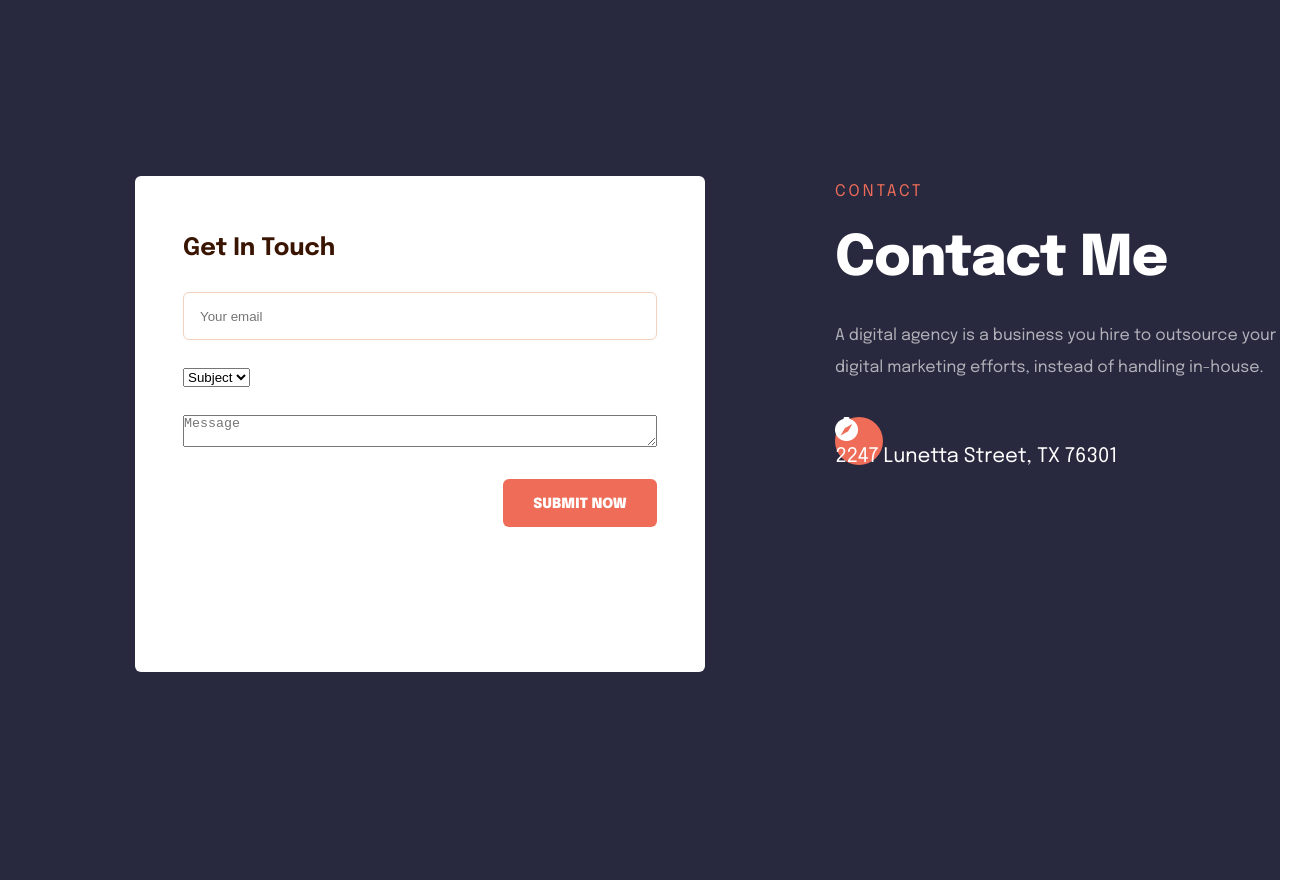
Repository: simralgasimov/contact-me
Page: index.html
These files come from the project's save history. The page is drawn as it stood at one moment and after the next save; the edit follows.
The browser window is 1280 px wide. The page is 1305 px wide, so the pictures cover 1305 px, including what lies to the right of the window. The pictures show the whole page.

Above is the page before, as saved 2023-10-04 13:27:58.

### index.html
<!DOCTYPE html>
<html lang="en">
  <head>
    <meta charset="UTF-8" />
    <meta name="viewport" content="width=device-width, initial-scale=1.0" />
    <title>Document</title>
    <link rel="stylesheet" href="./index.css" />
  </head>
  <body>
    <div class="container">
        <form action="">
          <p>Get In Touch</p>
          <label for="">
            <input type="email" placeholder="Your email" />
          </label>

          <label for="subject">
            <select name="" id="subject">
              <option value="subject">Subject</option>
              <option value="subject">Subject</option>
              <option value="subject">Subject</option>
            </select>
          </label>

          <label for="">
            <textarea name=""  placeholder="Message" id=""></textarea>
            <!-- <input type="textarea" name="" id="" /> -->
          </label>
          <button><a href="">Submit Now</a></button>
        </form>


      <div class="contact-me">
        <h1>Contact</h1>
        <h2>Contact Me</h2>
        <p>
          A digital agency is a business you hire to outsource your digital
          marketing efforts, instead of handling in-house.
        </p>
        <div class="cirycle">
          <img src="./img/Shape.png" alt="" />
          <p>2247 Lunetta Street, TX 76301</p>
        </div>
      </div>
    </div>
  </body>
</html>

### index.css
@import url("https://fonts.googleapis.com/css2?family=Epilogue:wght@400;700;800;900&display=swap");
* {
  margin: 0;
  padding: 0;
  box-sizing: border-box;
}

.container {
  padding: 176px 135px 208px 135px;
  background: #28293e;
  display: flex;
  /* justify-content: space-between; */
}

.container p {
  margin-bottom: 27px;
  color: var(--Text_Dark, #391400);
  font-feature-settings: "clig" off, "liga" off;

  font-family: Epilogue;
  font-size: 24px;
  font-style: normal;
  font-weight: 700;
  line-height: 32px;
}

.container form {
  width: 570px;
  height: 496px;
  margin-right: 130px;
  border-radius: 6px;
  background: #fff;
}

.container input {
  padding: 16px;
  border-radius: 6px;
  border: 1px solid #f3d1bf;
  background: #fff;
}

.container form label {
  display: block;
  margin-bottom: 28px;
}
.container  form {
  padding: 57px 48px 48px 48px;
}
.container input,
.container textarea,
.container input
{
  width: 100%;
}
.container  form [type="email"] {
  width: 474px;
  height: 48px;
}

/* .container  form [id="subject"] {
  width: 474px;
  height: 48px;
}

.container  form [type="textarea"] {
  width: 474px;
  height: 135px;
} */

.container form button {
  width: 154px;
  height: 48px;
  border-radius: 6px;
  background: #ef6d58;
  border: none;
  float: right;
}

.container form button a {
  text-decoration: none;
  color: #fff;
  text-align: center;
  font-family: Epilogue;
  font-size: 14px;
  font-style: normal;
  font-weight: 900;
  line-height: normal;
  text-transform: uppercase;
}

.container .contact-me h1 {
  margin-bottom: 20px;
  width: 86px;
  color: var(--Text_Light_Accent, #ef6d58);
  font-feature-settings: "clig" off, "liga" off;
  font-family: Epilogue;
  font-size: 16px;
  font-style: normal;
  font-weight: 400;
  line-height: 32px;
  letter-spacing: 3px;
  text-transform: uppercase;
}

.container .contact-me h2 {
  margin-bottom: 28px;
  width: 334px;
  color: var(--Text_Light, #fff);
  font-feature-settings: "clig" off, "liga" off;
  font-family: Epilogue;
  font-size: 56px;
  font-style: normal;
  font-weight: 800;
  line-height: 64px;
  letter-spacing: -1px;
}

.container .contact-me p {
  margin-bottom: 33px;
  width: 470px;
  color: var(--Text_Light_Gray, rgba(255, 255, 255, 0.64));
  font-feature-settings: "clig" off, "liga" off;

  font-family: Epilogue;
  font-size: 16px;
  font-style: normal;
  font-weight: 400;
  line-height: 32px;
}

.container .contact-me .cirycle {
  /* position: relative; */
  width: 48px;
  height: 48px;
  background-color: #ef6d58;
  border-radius: 50%;
}

.container .contact-me .cirycle img {
  /* position: absolute; */
  /* margin: 13px; */

  display: flex;
  justify-content: center;
  align-content: center;
}

.container .contact-me .cirycle p {
  display: flex;
  justify-content: center;
  align-items: center;
  align-content: center;
  /* margin-left: 90px; */
  width: 283px;
  color: var(--Text_Light, #fff);
  font-feature-settings: "clig" off, "liga" off;

  font-family: Epilogue;
  font-size: 20px;
  font-style: normal;
  font-weight: 400;
  line-height: 32px;
}

After the next save:
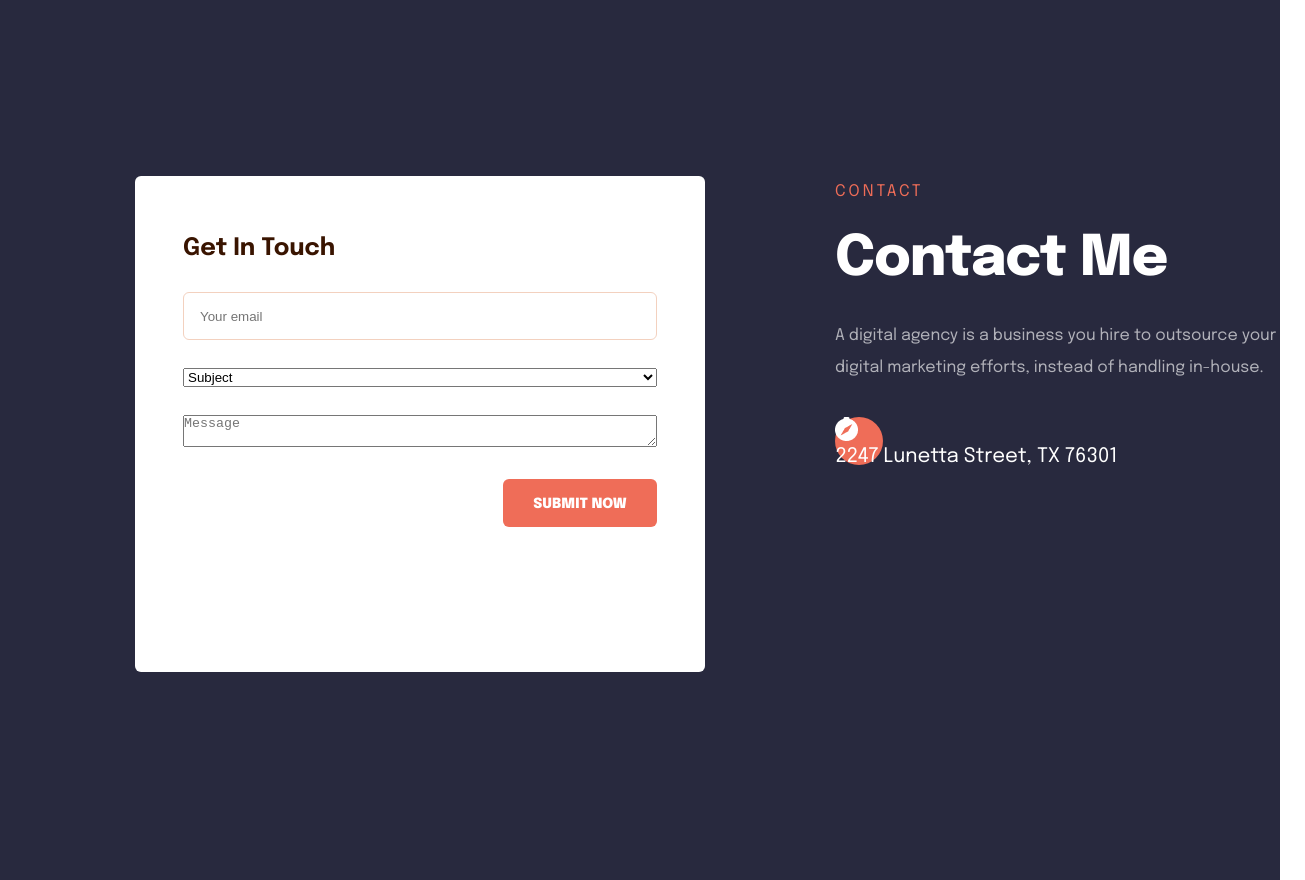
Saved 6 s later.
--- a/index.css
+++ b/index.css
@@ -48,7 +48,7 @@
 }
 .container input,
 .container textarea,
-.container input
+.container select
 {
   width: 100%;
 }
